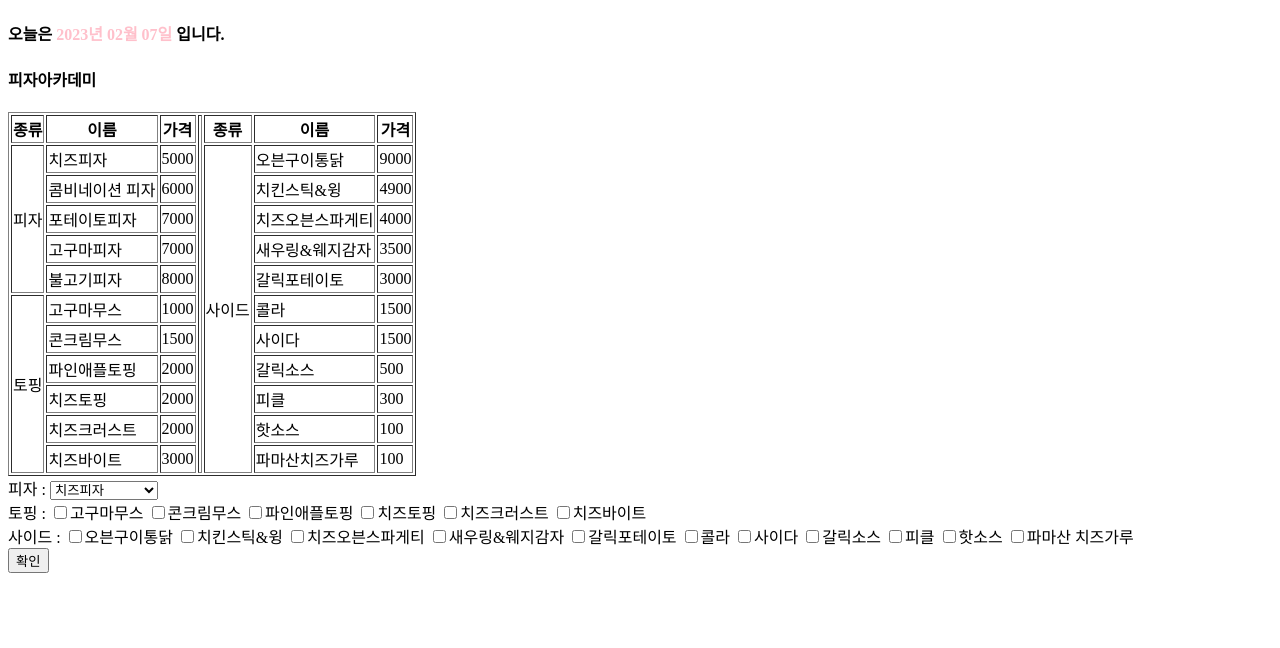
Repository: yejin0220/Web-workspace1
Page: http://localhost/2_JSP/views/04_PizzaOrderForm.jsp
The author's editor kept a copy of each file at every save. The page is drawn from the files as they stood at one save, then again after the next save.
The browser window is 1280 px wide. The pictures show the whole page.
The page is served by Tomcat 9. Other server files are loaded and not shown.

Above is the page before, as saved 2023-02-09 01:29:36.

### 2_JSP/WebContent/views/04_PizzaOrderForm.jsp
<%@ page import="java.util.Date, java.text.SimpleDateFormat" %>
<%@ page language="java" contentType="text/html; charset=UTF-8"
    pageEncoding="UTF-8"%>
<!DOCTYPE html>
<html>
<head>
<meta charset="UTF-8">
<title>피자 주문 페이지</title>
<style>
	span{color:pink;}
</style>
</head>
<body>

	<%

		Date date = new Date();
		SimpleDateFormat sdf = new SimpleDateFormat("yyyy년 MM월 dd일");
		String today = sdf.format(date);

	%>

	<h4>오늘은 <span><%= today %></span> 입니다.</h4>

	<h4>피자아카데미</h4>

	<table border="1">
		<tr>
			<th>종류</th>
			<th>이름</th>
			<th>가격</th>
			<th rowspan="12"></th>
			<th>종류</th>
			<th>이름</th>
			<th>가격</th>
		</tr>
		<tr>
			<td rowspan="5">피자</td>
			<td>치즈피자</td>
			<td>5000</td>
			<td rowspan="11">사이드</td>
			<td>오븐구이통닭</td>
			<td>9000</td>
		</tr>
		<tr>
			<td>콤비네이션 피자</td>
			<td>6000</td>
			<td>치킨스틱&윙</td>
			<td>4900</td>

		</tr>
		<tr>
			<td>포테이토피자</td>
			<td>7000</td>
			<td>치즈오븐스파게티</td>
			<td>4000</td>
		</tr>
		<tr>
			<td>고구마피자</td>
			<td>7000</td>
			<td>새우링&웨지감자</td>
			<td>3500</td>
		</tr>
		<tr>
			<td>불고기피자</td>
			<td>8000</td>
			<td>갈릭포테이토</td>
			<td>3000</td>
		</tr>
		<tr>
			<td rowspan="6">토핑</td>
			<td>고구마무스</td>
			<td>1000</td>
			<td>콜라</td>
			<td>1500</td>
		</tr>
		<tr>
			<td>콘크림무스</td>
			<td>1500</td>
			<td>사이다</td>
			<td>1500</td>
		</tr>
		<tr>
			<td>파인애플토핑</td>
			<td>2000</td>
			<td>갈릭소스</td>
			<td>500</td>
		</tr>
		<tr>
			<td>치즈토핑</td>
			<td>2000</td>
			<td>피클</td>
			<td>300</td>
		</tr>
		<tr>
			<td>치즈크러스트</td>
			<td>2000</td>
			<td>핫소스</td>
			<td>100</td>
		</tr>
		<tr>
			<td>치즈바이트</td>
			<td>3000</td>
			<td>파마산치즈가루</td>
			<td>100</td>
		</tr>

	</table>

	<form action="" method="post"></form>
	피자 :
	<select name="pizzaname">
		<option>치즈피자</option>
		<option>콤비네이션피자</option>
		<option>포테이토피자</option>
		<option>고구마피자</option>
		<option>불고기피자</option>
	</select>
	<br>

	토핑 :
	<input type="checkbox" name="top" value="고구마무스">고구마무스
	<input type="checkbox" name="top" value="콘크림무스">콘크림무스
	<input type="checkbox" name="top" value="파인애플토핑">파인애플토핑
	<input type="checkbox" name="top" value="치즈토핑">치즈토핑
	<input type="checkbox" name="top" value="치즈크러스트">치즈크러스트
	<input type="checkbox" name="top" value="치즈바이트">치즈바이트
	<br>

	사이드 :
	<input type="checkbox" name="side" value="오븐구이통닭">오븐구이통닭
	<input type="checkbox" name="side" value="치킨스틱&윙">치킨스틱&윙
	<input type="checkbox" name="side" value="치즈오븐스파게티">치즈오븐스파게티
	<input type="checkbox" name="side" value="새우링&웨지감자">새우링&웨지감자
	<input type="checkbox" name="side" value="갈릭포테이토">갈릭포테이토
	<input type="checkbox" name="side" value="콜라">콜라
	<input type="checkbox" name="side" value="사이다">사이다
	<input type="checkbox" name="side" value="갈릭소스">갈릭소스
	<input type="checkbox" name="side" value="피클">피클
	<input type="checkbox" name="side" value="핫소스">핫소스
	<input type="checkbox" name="side" value="파마산 치즈가루">파마산 치즈가루
	<br>

	<input type="submit" value="확인">

</form>







</body>
</html>

After the next save:
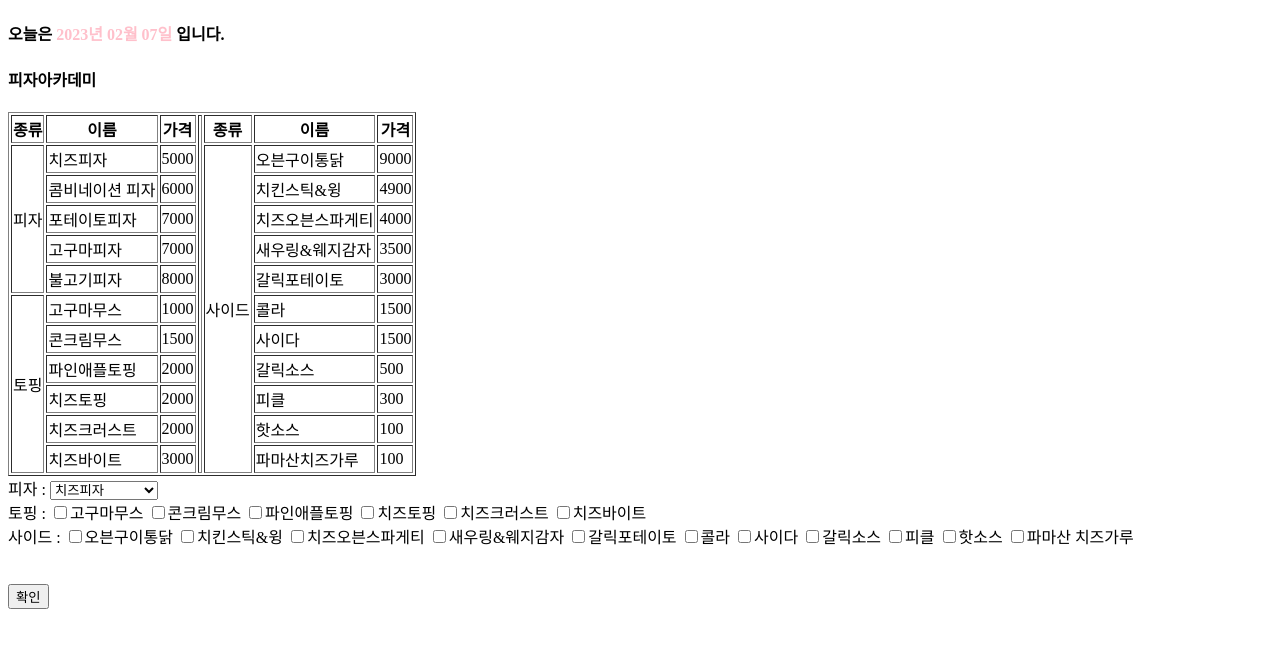
Saved 52 s later.
--- a/2_JSP/WebContent/views/04_PizzaOrderForm.jsp
+++ b/2_JSP/WebContent/views/04_PizzaOrderForm.jsp
@@ -107,43 +107,44 @@
 
 	</table>
 
-	<form action="" method="post"></form>
-	피자 :
-	<select name="pizzaname">
-		<option>치즈피자</option>
-		<option>콤비네이션피자</option>
-		<option>포테이토피자</option>
-		<option>고구마피자</option>
-		<option>불고기피자</option>
-	</select>
-	<br>
+	<form action="/servlet/test2.do" method="post"></form>
 
-	토핑 :
-	<input type="checkbox" name="top" value="고구마무스">고구마무스
-	<input type="checkbox" name="top" value="콘크림무스">콘크림무스
-	<input type="checkbox" name="top" value="파인애플토핑">파인애플토핑
-	<input type="checkbox" name="top" value="치즈토핑">치즈토핑
-	<input type="checkbox" name="top" value="치즈크러스트">치즈크러스트
-	<input type="checkbox" name="top" value="치즈바이트">치즈바이트
-	<br>
+		피자 :
+		<select name="pizzaname">
+			<option>치즈피자</option>
+			<option>콤비네이션피자</option>
+			<option>포테이토피자</option>
+			<option>고구마피자</option>
+			<option>불고기피자</option>
+		</select>
+		<br>
 
-	사이드 :
-	<input type="checkbox" name="side" value="오븐구이통닭">오븐구이통닭
-	<input type="checkbox" name="side" value="치킨스틱&윙">치킨스틱&윙
-	<input type="checkbox" name="side" value="치즈오븐스파게티">치즈오븐스파게티
-	<input type="checkbox" name="side" value="새우링&웨지감자">새우링&웨지감자
-	<input type="checkbox" name="side" value="갈릭포테이토">갈릭포테이토
-	<input type="checkbox" name="side" value="콜라">콜라
-	<input type="checkbox" name="side" value="사이다">사이다
-	<input type="checkbox" name="side" value="갈릭소스">갈릭소스
-	<input type="checkbox" name="side" value="피클">피클
-	<input type="checkbox" name="side" value="핫소스">핫소스
-	<input type="checkbox" name="side" value="파마산 치즈가루">파마산 치즈가루
-	<br>
+		토핑 :
+		<input type="checkbox" name="top" value="고구마무스">고구마무스
+		<input type="checkbox" name="top" value="콘크림무스">콘크림무스
+		<input type="checkbox" name="top" value="파인애플토핑">파인애플토핑
+		<input type="checkbox" name="top" value="치즈토핑">치즈토핑
+		<input type="checkbox" name="top" value="치즈크러스트">치즈크러스트
+		<input type="checkbox" name="top" value="치즈바이트">치즈바이트
+		<br>
 
-	<input type="submit" value="확인">
+		사이드 :
+		<input type="checkbox" name="side" value="오븐구이통닭">오븐구이통닭
+		<input type="checkbox" name="side" value="치킨스틱&윙">치킨스틱&윙
+		<input type="checkbox" name="side" value="치즈오븐스파게티">치즈오븐스파게티
+		<input type="checkbox" name="side" value="새우링&웨지감자">새우링&웨지감자
+		<input type="checkbox" name="side" value="갈릭포테이토">갈릭포테이토
+		<input type="checkbox" name="side" value="콜라">콜라
+		<input type="checkbox" name="side" value="사이다">사이다
+		<input type="checkbox" name="side" value="갈릭소스">갈릭소스
+		<input type="checkbox" name="side" value="피클">피클
+		<input type="checkbox" name="side" value="핫소스">핫소스
+		<input type="checkbox" name="side" value="파마산 치즈가루">파마산 치즈가루
+		<br><br><br>
 
-</form>
+		<input type="submit" value="확인">
+
+	</form>
 
 
 
